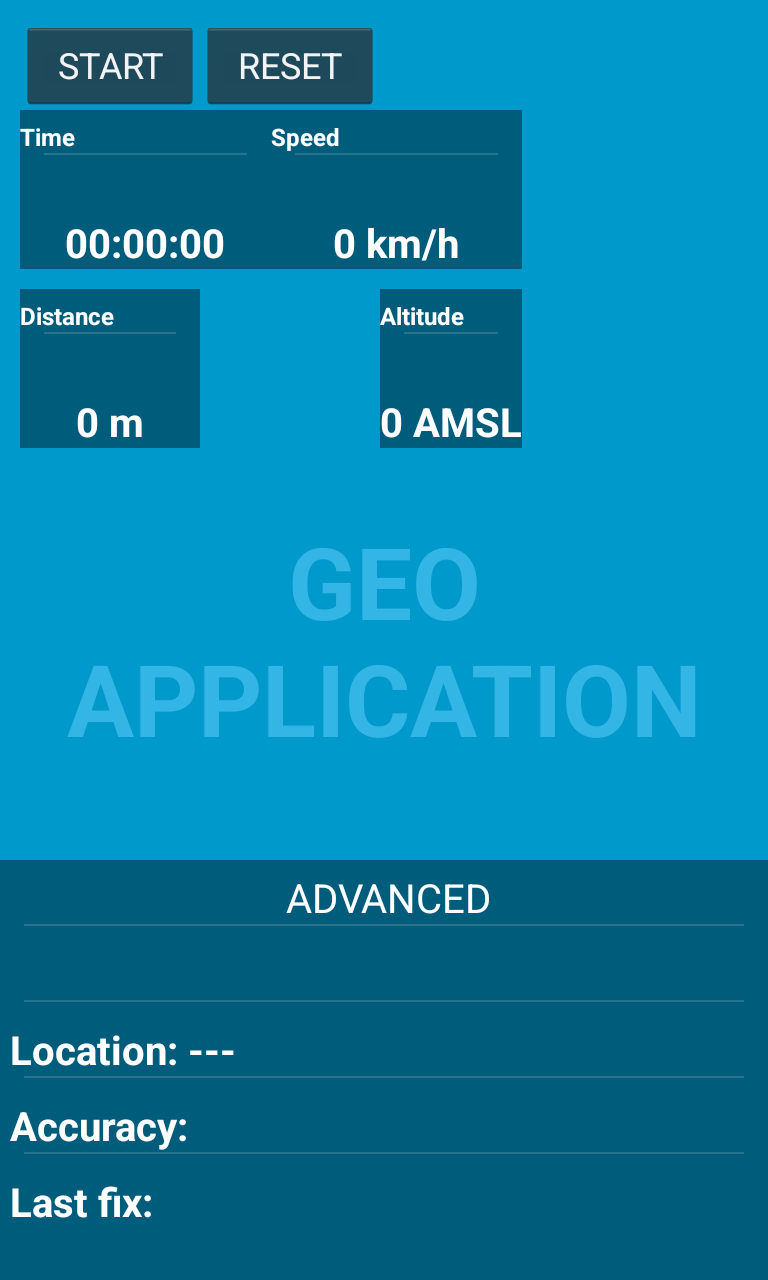
Repository: sebastianR1001/GeoApplication
Layout: GeoApplication/res/layout/activity_fullscreen.xml
These files come from the project's save history. The layout is drawn as it stood at one moment and after the next save; the edit follows.
It is drawn on a 768 x 1280 px phone screen (xhdpi) without system bars, with theme FullscreenTheme; the app's code is not run.

Above is the layout before, as saved 2014-10-24 18:09:01.

After the next save:
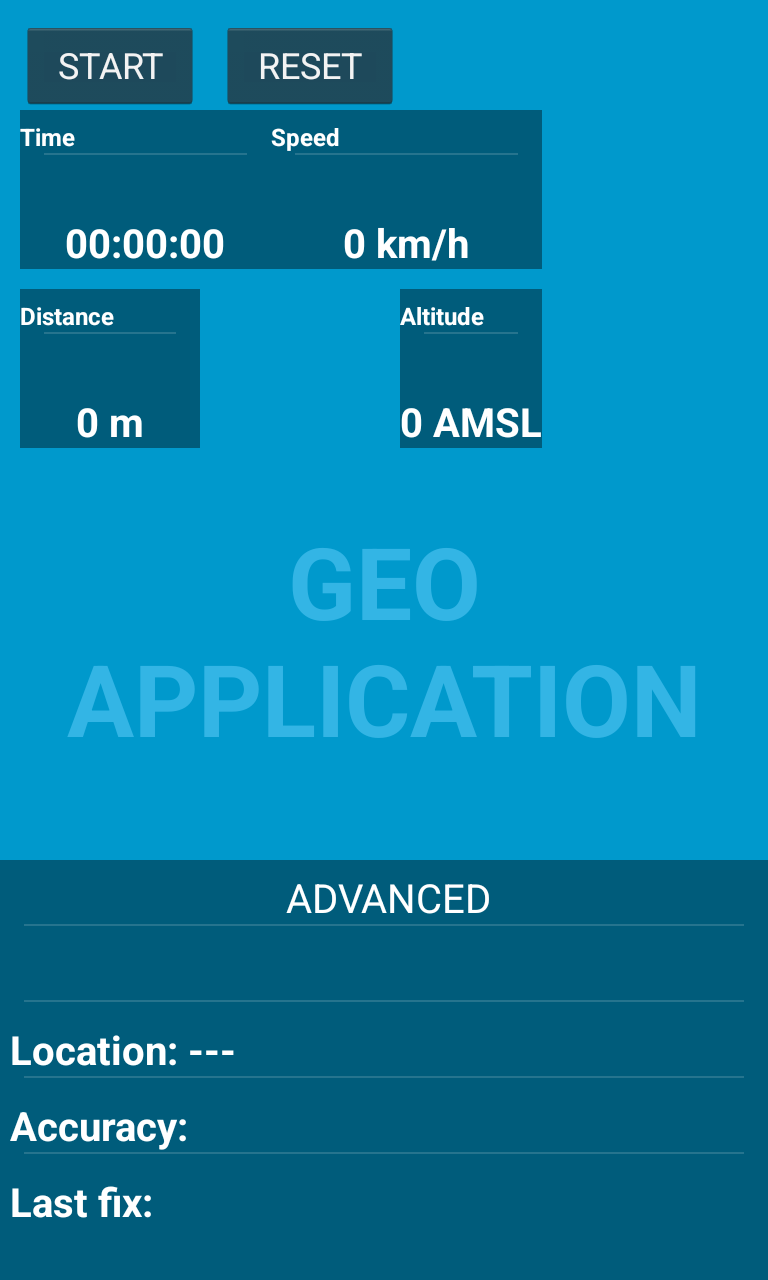
Saved 39 s later.
--- a/GeoApplication/res/layout/activity_fullscreen.xml
+++ b/GeoApplication/res/layout/activity_fullscreen.xml
@@ -44,6 +44,7 @@
 		        android:id="@+id/resetButton"
 		        android:layout_width="90dp"
 		        android:layout_height="45dp"
+		        android:layout_marginLeft="10dp"
 		        android:text="@string/resetButton" />
 
         </TableRow>
